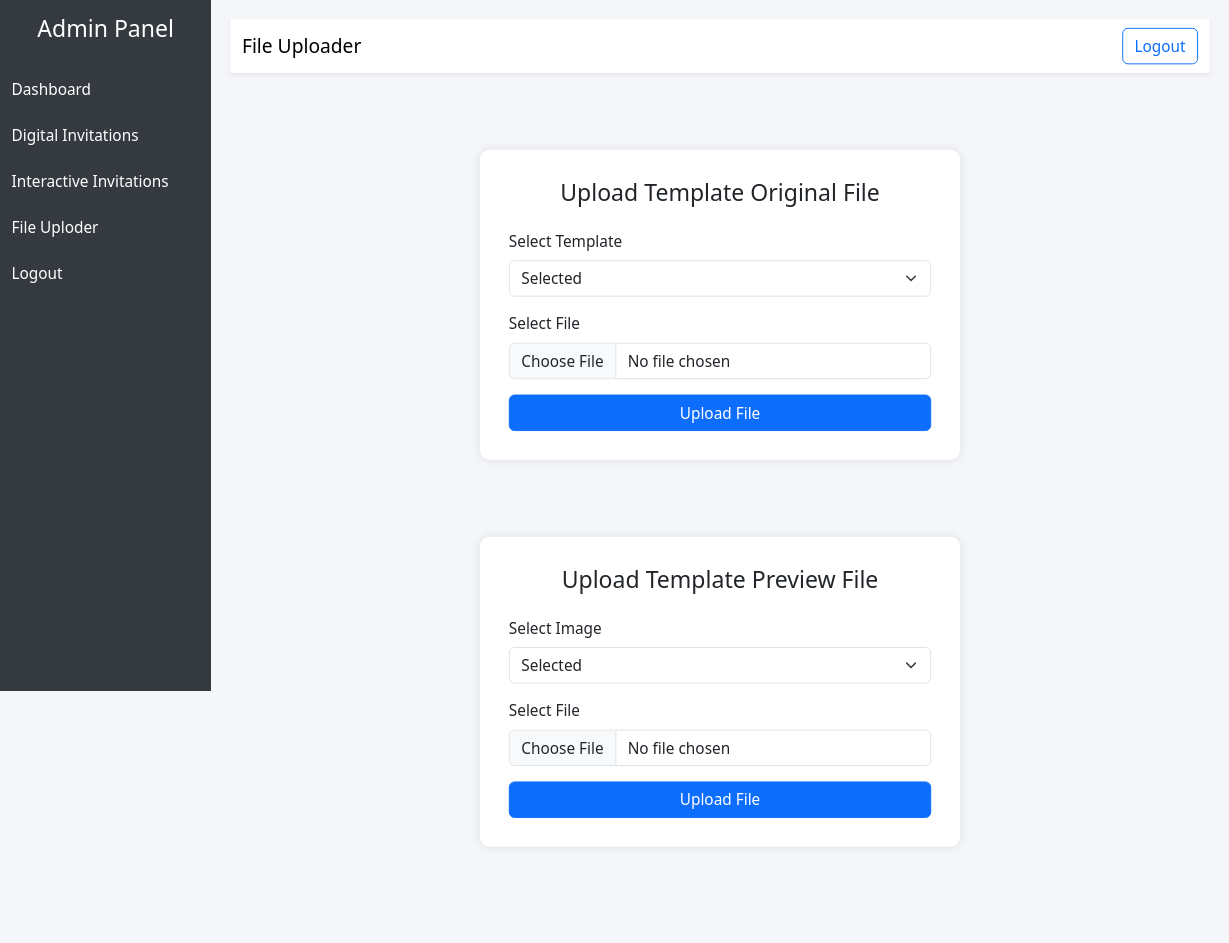
Repository: viraj7551/Flying-Invite-Project
Page: http://localhost/Admin03/file_uploader.jsp
These files come from the project's save history. The page is drawn as it stood at one moment and after the next save; the edit follows.
The browser window is 1280 px wide. The pictures show the whole page, at 96% of full size.
Some web fonts or font styles are not loaded; a fallback is used. The page is served by Tomcat 9. Nobody is signed in. The application's start-up code is not run. Other server files are loaded and not shown. Queries for data that is not in the repository find no rows.

Above is the page before, as saved 2026-05-28 13:55:10.

### Admin03/WebContent/file_uploader.jsp
<%@ page import="java.util.*" %>
<%@ page import = "java.sql.*"%>

<!DOCTYPE html>
<html lang="en">
<head>
<meta charset="UTF-8">
<meta name="viewport" content="width=device-width, initial-scale=1.0">

<title>File Uploader</title>
<link rel="preconnect" href="https://fonts.googleapis.com">

<link
	href="https://fonts.googleapis.com/css2?family=Grey+Qo&family=Poppins:ital,wght@0,100;0,200;0,300;0,400;0,500;0,600;0,700;0,800;0,900;1,100;1,200;1,300;1,400;1,500;1,600;1,700;1,800;1,900&display=swap"
	rel="stylesheet">

<!-- Bootstrap CSS -->
<link href="https://cdn.jsdelivr.net/npm/bootstrap@5.3.2/dist/css/bootstrap.min.css" rel="stylesheet">

<style>

body{
background:#f4f6f9;
}

/* Sidebar */
.sidebar{
height:100vh;
background:#343a40;
color:white;
position:fixed;
width:220px;
}

.sidebar a{
color:white;
text-decoration:none;
display:block;
padding:12px;
}

.sidebar a:hover{
background:#495057;
}

/* Content */
.content{
margin-left:220px;
padding:20px;
}

/* Cards */
.card-box{
border-radius:10px;
color:white;
padding:20px;
}

.bg-blue{background:#0d6efd;}
.bg-green{background:#198754;}
.bg-orange{background:#fd7e14;}
.bg-red{background:#dc3545;}

.form-container{
max-width:600px;
margin:auto;
margin-top:60px;
padding:30px;
background:white;
border-radius:10px;
box-shadow:0 0 10px rgba(0,0,0,0.1);
}

.upload-box{
max-width:500px;
margin:80px auto;
padding:30px;
background:white;
border-radius:10px;
box-shadow:0 0 10px rgba(0,0,0,0.1);
}


/* Mobile */
@media(max-width:768px){

.sidebar{
position:relative;
width:100%;
height:auto;
}

.content{
margin-left:0;
}

}
</style>


</head>

<body>


<%
    String driver = "com.mysql.cj.jdbc.Driver";
    String url = "jdbc:mysql://88.222.214.58:3306/flyinginvite_invitation";
    String username = "root";
    String password = "13Viraj@6937";
    ResultSet rs = null;
    Connection con = null;
    PreparedStatement ps = null;

    try{
    	Class.forName(driver);
    	con = DriverManager.getConnection(url, username, password);
    	ps = con.prepareStatement("select templateId, template_heading, target_name from template Inner Join target using(templateId);");
    	rs = ps.executeQuery();

%>

<div class="sidebar">

<h4 class="text-center py-3">Admin Panel</h4>

<a href="dashboard.jsp">Dashboard</a>
<a href="digital_invitation.jsp">Digital Invitations</a>
<a href="interactive_invitation.jsp">Interactive Invitations</a>
<a href="#">File Uploder</a>
<a href="administrator.jsp">Logout</a>

</div>


<div class="content">

<!-- Navbar -->

<nav class="navbar navbar-light bg-white shadow-sm mb-4">
<div class="container-fluid">

<span class="navbar-brand">File Uploader</span>

<a href="administrator.jsp" class="btn btn-outline-primary">Logout</a>

</div>
</nav>


 <!-- ----------------- Form starts here -->
<div class="container">

   <div class="upload-box">

     <h4 class="text-center mb-4">Upload Template Original File</h4>

  <form action="FileUploader" method="post" enctype="multipart/form-data">

       <div class="mb-3">
           <label class="form-label">Select Template</label>
             <select class="form-select" name="template_selector">
               <option selected>Selected</option>
               <% while(rs.next()){ %>
               <option value="<%= rs.getInt("templateId") %>"><%= rs.getInt("templateId")%> - <%= rs.getString("template_heading") %> - <%= rs.getString("target_name") %></option>
               <% } %>
             </select>
       </div>


      <div class="mb-3">
         <label class="form-label">Select File</label>
            <input type="file" name="file" class="form-control" required>
      </div>

     <div class="d-grid">
         <button class="btn btn-primary">Upload File</button>
      </div>
</form>

  </div>

 </div>

 <!-- ------------------ Form ends here -->



 <!-- ----------------- Form starts here -->
 <%
 ResultSet rs02 = null;
 Connection con02 = null;
 PreparedStatement ps02 = null;

 try{
 	Class.forName(driver);
 	con02 = DriverManager.getConnection(url, username, password);
 	ps02 = con02.prepareStatement("select imageId, filename from template_image Inner Join template using(templateId) Inner Join target using(templateId);");
 	rs02 = ps02.executeQuery();

 %>

<div class="container">

   <div class="upload-box">

     <h4 class="text-center mb-4">Upload Template Preview File</h4>

  <form action="FileUploader02" method="post" enctype="multipart/form-data">

       <div class="mb-3">
           <label class="form-label">Select Image</label>
             <select class="form-select" name="preview_template_selector">
               <option selected>Selected</option>
               <% while(rs02.next()){ %>
               <option value="<%= rs02.getInt("imageId") %>"><%= rs02.getInt("imageId") %> -  <%= rs02.getString("filename") %> </option>
               <% } %>
             </select>
       </div>


      <div class="mb-3">
         <label class="form-label">Select File</label>
            <input type="file" name="file" class="form-control" required>
      </div>

     <div class="d-grid">
         <button class="btn btn-primary">Upload File</button>
      </div>
</form>
   <%
      }
      catch(Exception e){
         e.printStackTrace();
      }

   %>


  </div>

 </div>


 <%
    }
    catch(Exception e){
       e.printStackTrace();
    }

 %>

 <!-- ------------------ Form ends here -->

</div>
<script src="https://cdn.jsdelivr.net/npm/bootstrap@5.3.2/dist/js/bootstrap.bundle.min.js"></script>
</body>
</html>

After the next save:
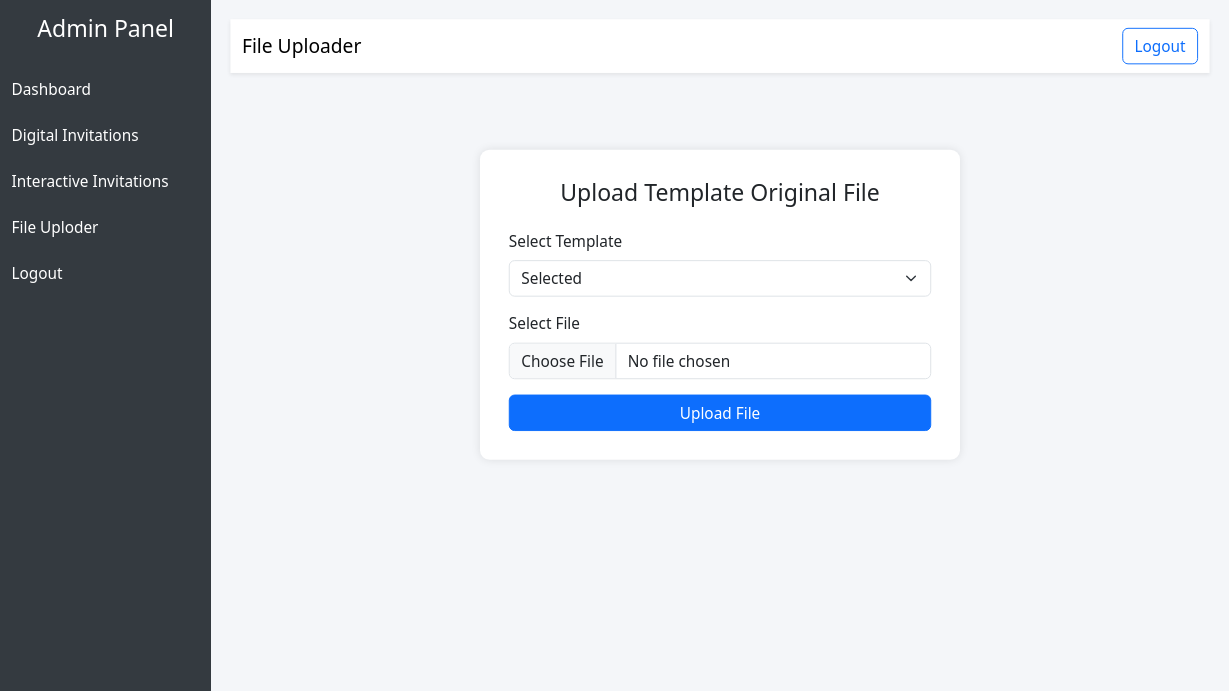
Saved 10 min 46 s later.
--- a/Admin03/WebContent/file_uploader.jsp
+++ b/Admin03/WebContent/file_uploader.jsp
@@ -184,64 +184,6 @@ margin-left:0;
 
  <!-- ------------------ Form ends here -->
 
-
-
- <!-- ----------------- Form starts here -->
- <%
- ResultSet rs02 = null;
- Connection con02 = null;
- PreparedStatement ps02 = null;
-
- try{
- 	Class.forName(driver);
- 	con02 = DriverManager.getConnection(url, username, password);
- 	ps02 = con02.prepareStatement("select imageId, filename from template_image Inner Join template using(templateId) Inner Join target using(templateId);");
- 	rs02 = ps02.executeQuery();
-
- %>
-
-<div class="container">
-
-   <div class="upload-box">
-
-     <h4 class="text-center mb-4">Upload Template Preview File</h4>
-
-  <form action="FileUploader02" method="post" enctype="multipart/form-data">
-
-       <div class="mb-3">
-           <label class="form-label">Select Image</label>
-             <select class="form-select" name="preview_template_selector">
-               <option selected>Selected</option>
-               <% while(rs02.next()){ %>
-               <option value="<%= rs02.getInt("imageId") %>"><%= rs02.getInt("imageId") %> -  <%= rs02.getString("filename") %> </option>
-               <% } %>
-             </select>
-       </div>
-
-
-      <div class="mb-3">
-         <label class="form-label">Select File</label>
-            <input type="file" name="file" class="form-control" required>
-      </div>
-
-     <div class="d-grid">
-         <button class="btn btn-primary">Upload File</button>
-      </div>
-</form>
-   <%
-      }
-      catch(Exception e){
-         e.printStackTrace();
-      }
-
-   %>
-
-
-  </div>
-
- </div>
-
-
  <%
     }
     catch(Exception e){
